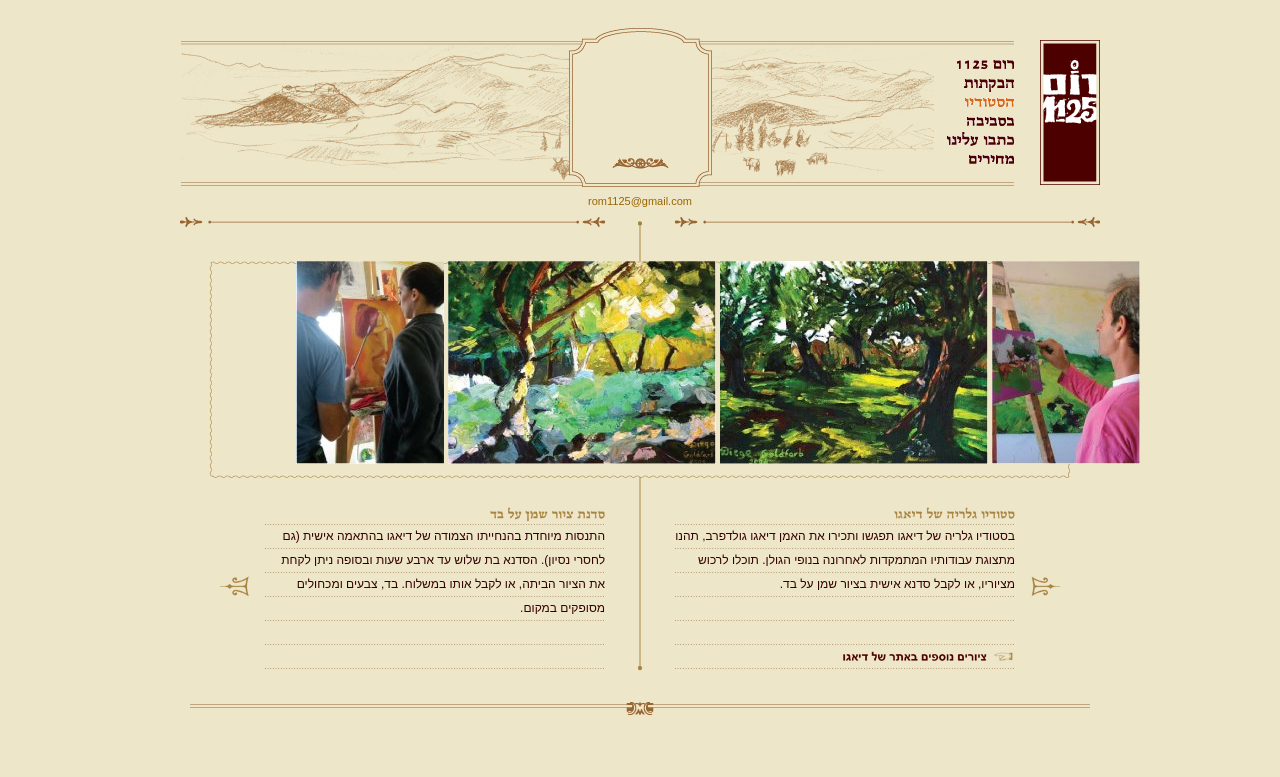
Repository: asafg/rom1125
Page: rom1125/WebContent/studio.html
These files come from the project's save history. The page is drawn as it stood at one moment and after the next save; the edit follows.
The browser window is 1280 px wide. The pictures show the whole page.

Above is the page before, as saved 2010-06-11 10:49:56.

After the next save:
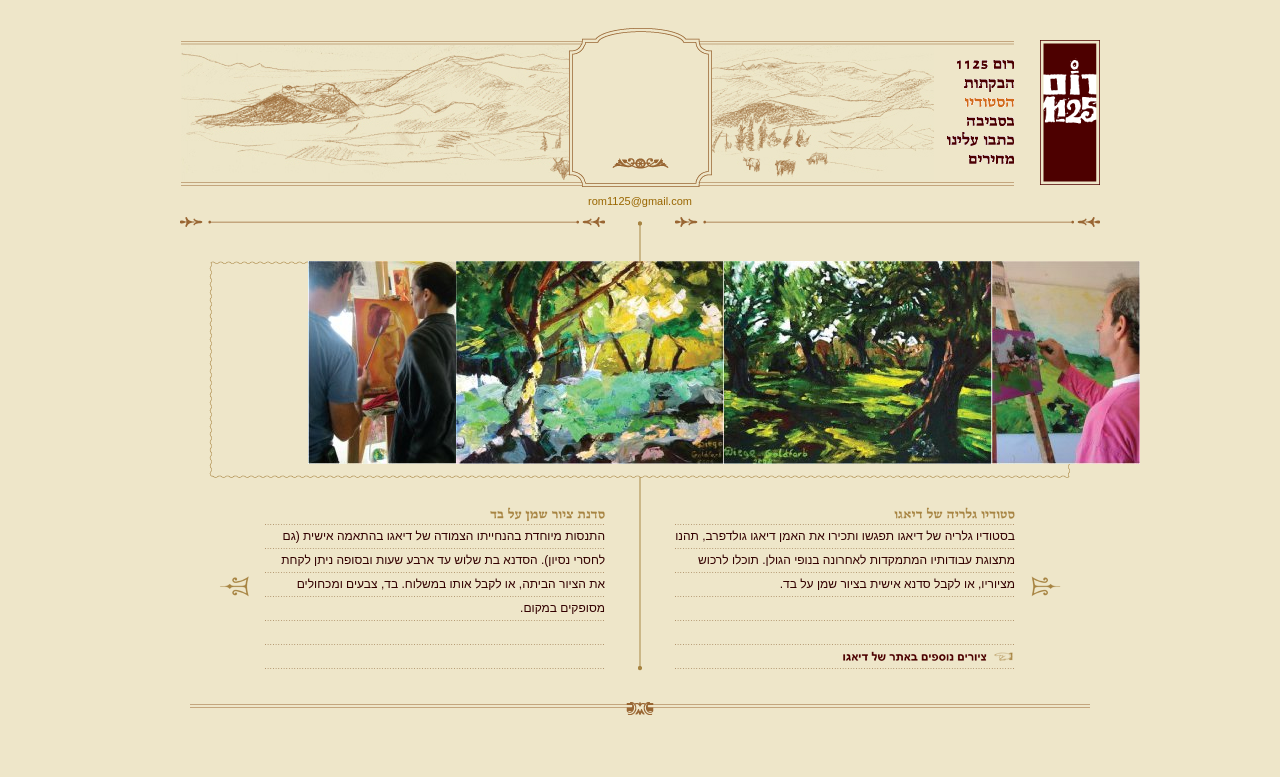
Saved 117 s later.
--- a/rom1125/WebContent/css/studio.css
+++ b/rom1125/WebContent/css/studio.css
@@ -5,6 +5,11 @@
 	height: 217px;
 	margin: 54px 0 0 69px;
 	padding: 0;
+}
+
+#frame img
+{
+	float: right;
 }
 
 #prices_wide_photo
